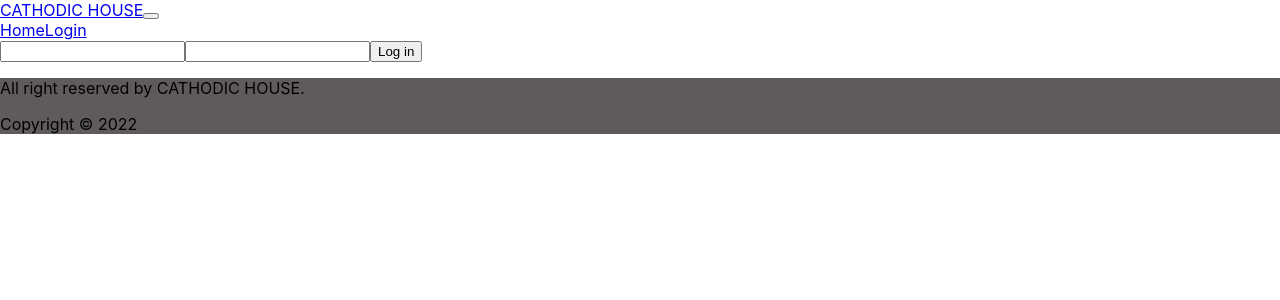
Repository: grnisna/warehouse-management-client-11
Page: /login
The author's editor kept a copy of each file at every save. The page is drawn from the files as they stood at one save, then again after the next save.
The browser window is 1280 px wide. The pictures show the whole page.
The project was rebuilt for these pictures with package versions that can differ from the ones it lists, and the page was loaded fresh each time. Also part of the build but not shown: src/components/Home/Carosel/Carosel.css, src/components/Home/Carosel/Carosel.js, src/components/Hooks/UseItems/UseItems.js, src/components/Home/Item/Item.css, src/components/Home/Item/Item.js, src/components/Home/Items/Items.css, src/components/Home/Items/Items.js, src/components/Home/Home.js and 2 more.

Above is the page before, as saved 2022-05-09 12:07:26.

After the next save:
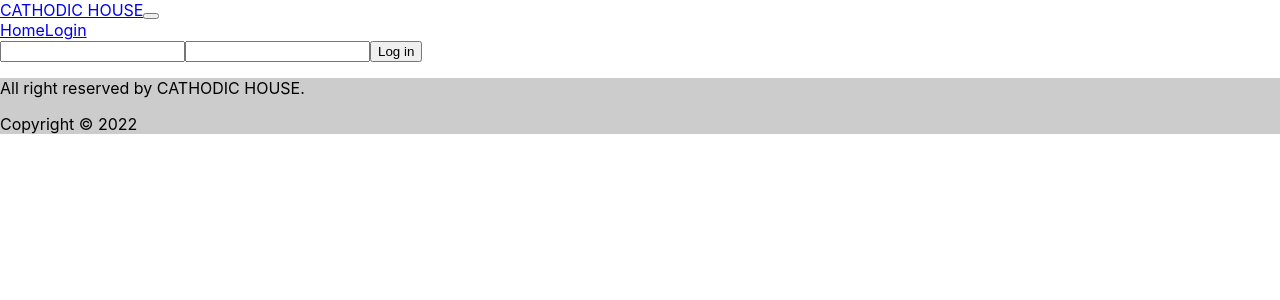
Saved 13 s later.
--- a/src/components/Home/Footer/Footer.css
+++ b/src/components/Home/Footer/Footer.css
@@ -1,3 +1,3 @@
 .backgrond{
-    background-color: rgb(95, 91, 91);
+    background-color: #ccc;
 }
